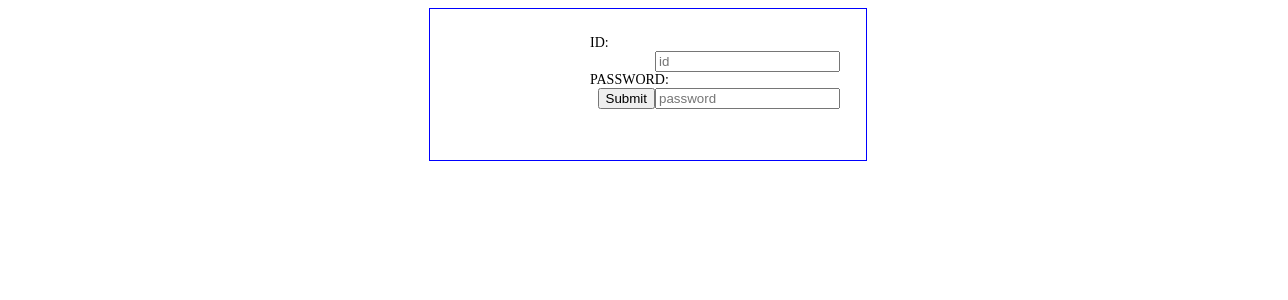
Repository: moshe31sh/Java_ee_final_project_todo_list
Page: http://localhost/Toto_list_final_project/login.jsp
An editor plug-in stored every save of this project. The page is shown before and after the next save, followed by the edit.
The browser window is 1280 px wide. The page is 1288 px wide, so the pictures cover 1288 px, including what lies to the right of the window. The pictures show the whole page.
The page is served by Tomcat 9. Other server files are loaded and not shown.

Above is the page before, as saved 2015-12-05 10:17:45.

### Toto_list_final_project/WebContent/login.jsp
<%@ page language="java" contentType="text/html; charset=ISO-8859-1"
    pageEncoding="ISO-8859-1"%>
<!DOCTYPE html PUBLIC "-//W3C//DTD HTML 4.01 Transitional//EN" "http://www.w3.org/TR/html4/loose.dtd">
<html>
<head>
<meta http-equiv="Content-Type" content="text/html/; charset=ISO-8859-1">
<link rel="stylesheet" type="text/css" href="./CSS/style.css">

<title>Login</title>
</head>
<body>
<form id="login-form" method="get" action="/Toto_list_final_project/ToDoListMainController">
   <label>Id:</label>&nbsp;<input type="text" placeholder="id" name="id"  title="Inset Id"/>
    <br>
    <label>Password:</label>
     &nbsp;<input type="password" size ="20" name="pass" placeholder="password" title="Inset Pass"/>
    <br>
    <input type="submit"/>
</form>

</body>
</html>

### Toto_list_final_project/WebContent/CSS/style.css
body{
	width:100%;
}

#login-form{
	display:block;
	width: 30%;
	border: solid 1px blue;
	min-height: 100px;
	margin-left:auto;
	margin-right:auto;
	padding: 2%;
	font-size: 14px;
    text-transform: uppercase;

}

label{
    display: inline-block;
    float: right;
    clear: left;
    width: 250px;
    text-align: left;
}
input {
  display: inline-block;
  float: right;
}

After the next save:
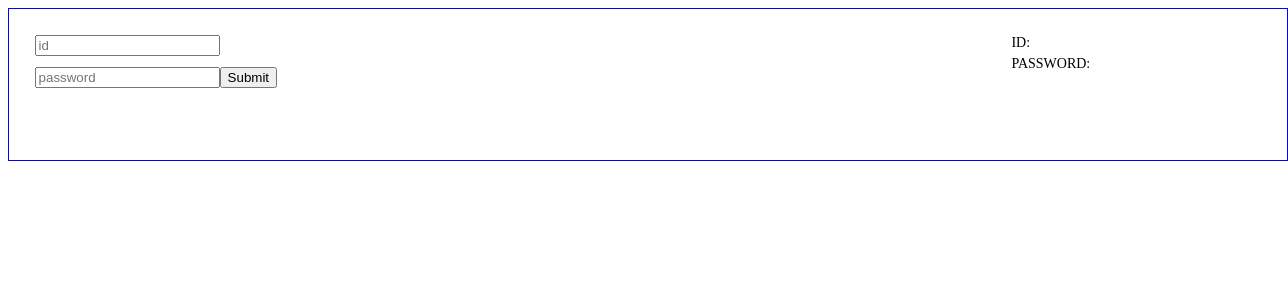
Saved 29 s later.
--- a/Toto_list_final_project/WebContent/CSS/style.css
+++ b/Toto_list_final_project/WebContent/CSS/style.css
@@ -4,7 +4,7 @@ body{
 
 #login-form{
 	display:block;
-	width: 30%;
+	min-width: 20%;
 	border: solid 1px blue;
 	min-height: 100px;
 	margin-left:auto;
@@ -24,5 +24,5 @@ label{
 }
 input {
   display: inline-block;
-  float: right;
+  float: left;
 }
